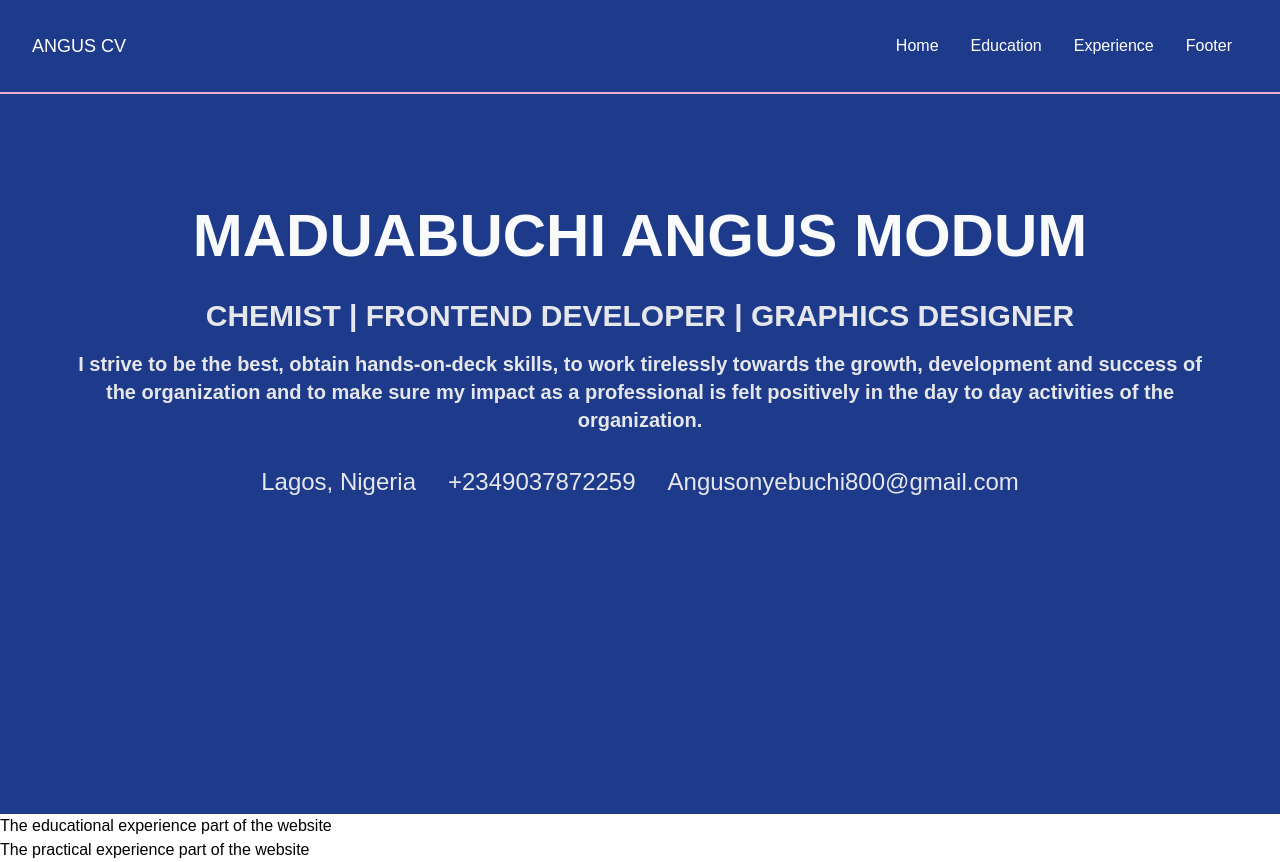
Repository: AngusOnyebuchi/AngusOnyebuchi.github.io
Page: /
An editor plug-in stored every save of this project. The page is shown before and after the next save, followed by the edit.
The browser window is 1280 px wide. The pictures show the whole page.
The project was rebuilt for these pictures with package versions that can differ from the ones it lists, and the page was loaded fresh each time.

Above is the page before, as saved 2022-04-17 16:00:36.

After the next save:
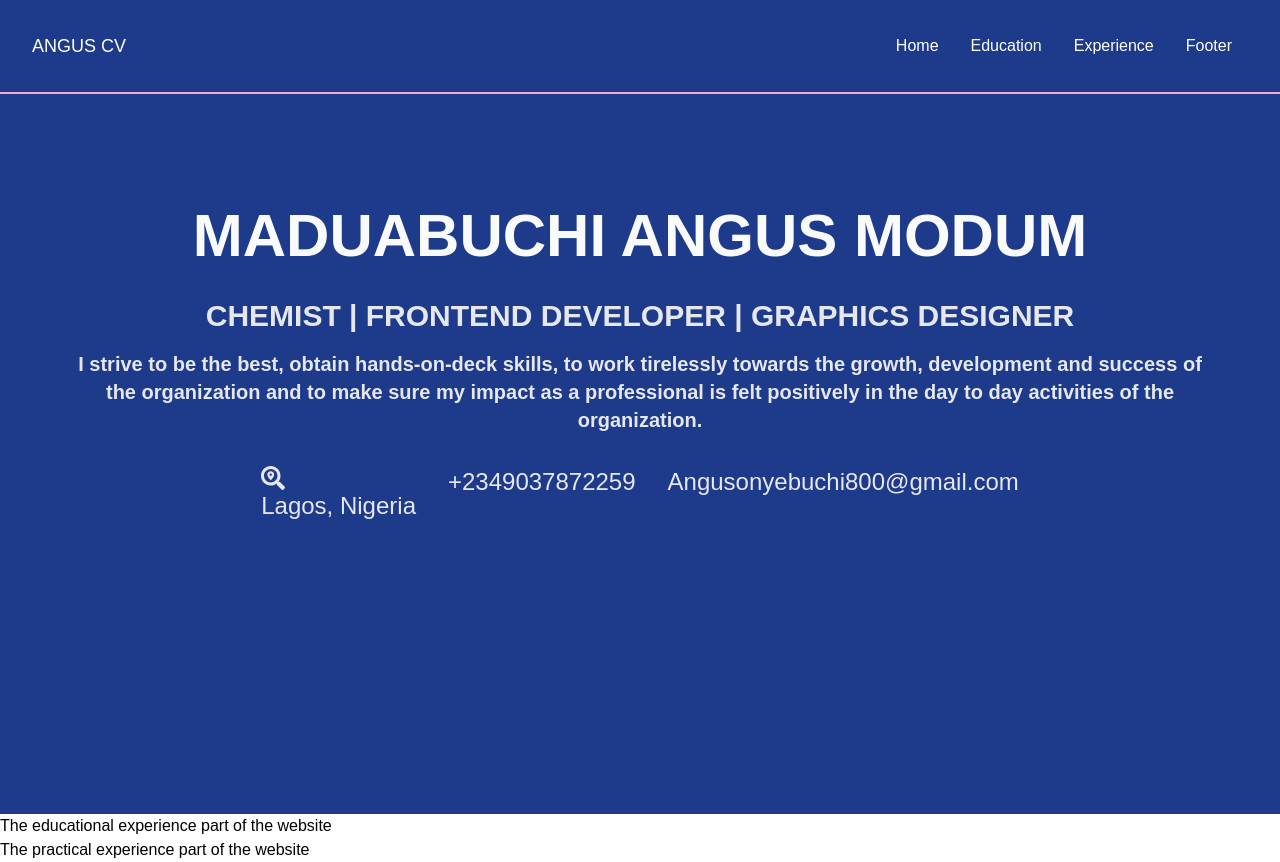
Saved 2 min 42 s later.
--- a/src/components/Home.js
+++ b/src/components/Home.js
@@ -1,4 +1,5 @@
 import React from "react";
+import {FaWhatsapp, FaLocationArrow, FaSearchLocation} from "react-icons/fa"
 
 export default function Home() {
     return (
@@ -10,7 +11,7 @@ export default function Home() {
                 as a professional is felt positively in the day to day activities of the organization.</p>
 
             <div className="flex flex-cols-3 gap-8 text-2xl justify-center text-center pt-8">
-                <h4 className="mx-0">Lagos, Nigeria</h4>
+                <h4 className="mx-0"><FaSearchLocation/>Lagos, Nigeria</h4>
                 <h4 className="mx-0">+2349037872259</h4>
                 <h4  className="mx-0">Angusonyebuchi800@gmail.com</h4>
             </div>
